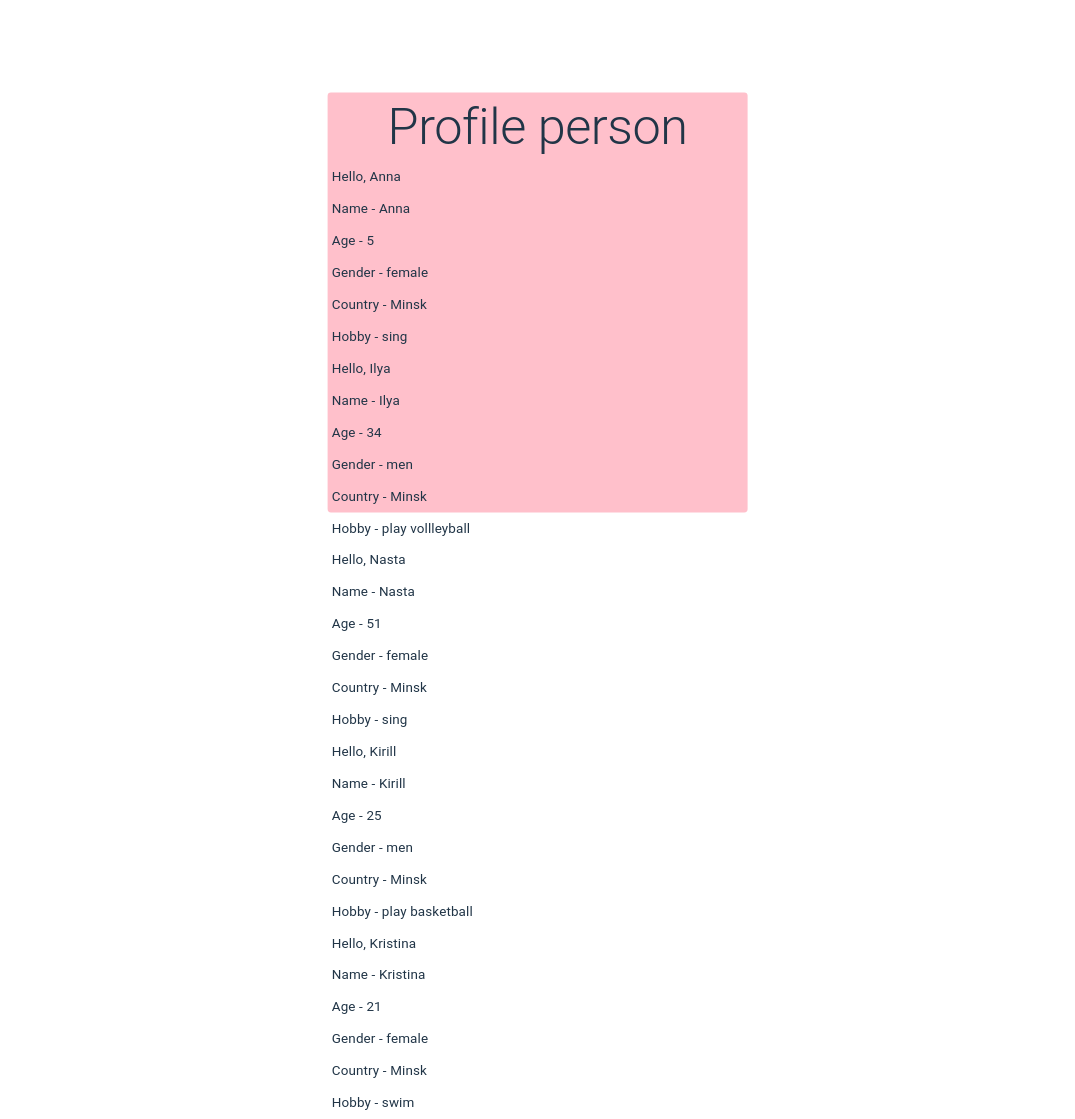
Repository: savannaaaas/props
Page: /
The author's editor kept a copy of each file at every save. The page is drawn from the files as they stood at one save, then again after the next save.
The browser window is 1280 px wide. The pictures show the whole page, at 84% of full size.
The project was rebuilt for these pictures with package versions that can differ from the ones it lists, and the page was loaded fresh each time. Also part of the build but not shown: vite.config.js.

Above is the page before, as saved 2025-07-08 00:11:18.

After the next save:
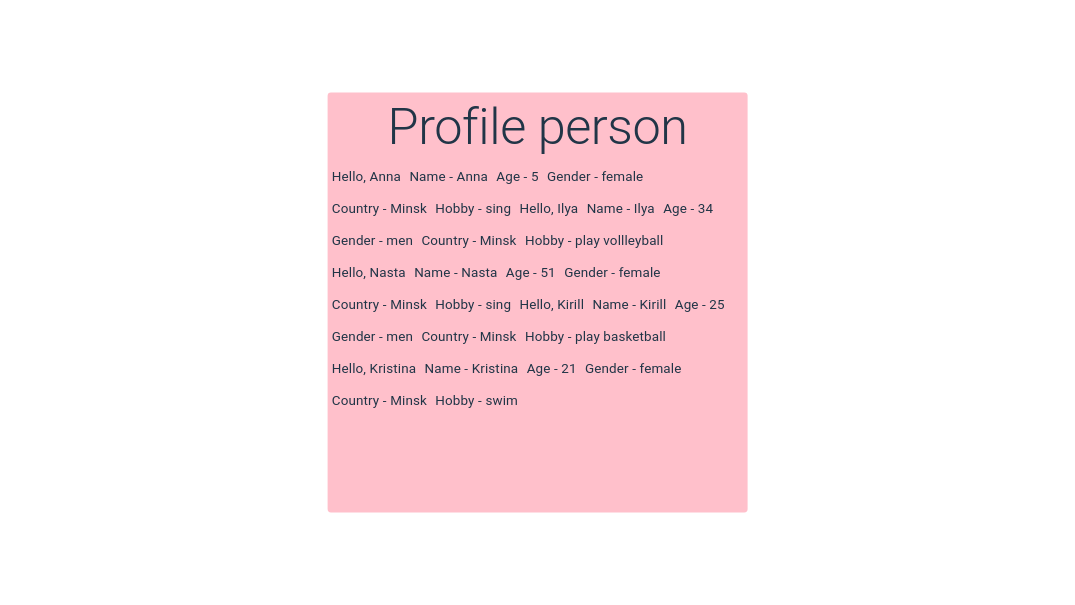
Saved 13 s later.
--- a/src/App.jsx
+++ b/src/App.jsx
@@ -33,7 +33,7 @@ function App() {
       <Typography variant="h2" align="center" style={{ padding: "5px" }}>
         Profile person
       </Typography>
-      <Grid container direction="column">
+      <Grid container direction="row">
         <Person1
           name={"Anna"}
           age={5}
